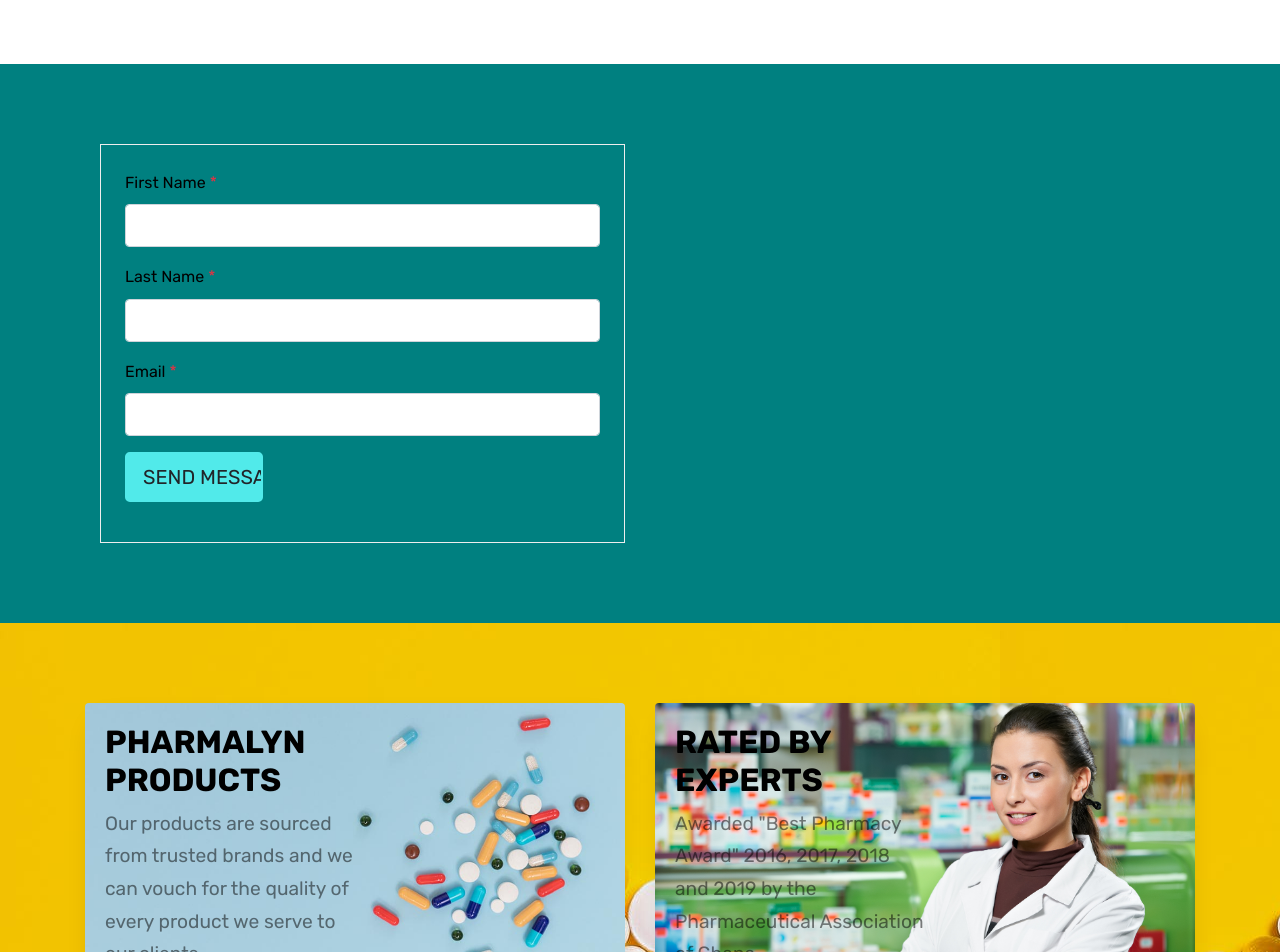
Repository: Nat-A/finalyearproject
Page: pharma/index - Copy.html
An editor plug-in stored every save of this project. The page is shown before and after the next save, followed by the edit.
The browser window is 1280 px wide. The pictures show the part of the page from y = 944 to 1896 px (the page is 2999 px tall).

Above is the page before, as saved 2020-06-03 13:41:57.

### pharma/index - Copy.html
<!DOCTYPE html>
<html lang="en">

<head>
    <title>PharmaLyn &mdash; HomePage</title>
    <meta charset="utf-8">
    <meta name="viewport" content="width=device-width, initial-scale=1, shrink-to-fit=no">

    <link href="https://fonts.googleapis.com/css?family=Rubik:400,700|Crimson+Text:400,400i" rel="stylesheet">
    <link rel="stylesheet" href="fonts/icomoon/style.css">

    <link rel="stylesheet" href="css/bootstrap.min.css">
    <link rel="stylesheet" href="css/magnific-popup.css">
    <link rel="stylesheet" href="css/jquery-ui.css">
    <link rel="stylesheet" href="css/owl.carousel.min.css">
    <link rel="stylesheet" href="css/owl.theme.default.min.css">


    <link rel="stylesheet" href="css/aos.css">

    <link rel="stylesheet" href="css/style.css">

</head>

<body>

    <div class="site-wrap">

        <!-- navbar  -->
        <div class="site-navbar py-2">

            <div class="search-wrap">
                <div class="container">
                    <a href="#" class="search-close js-search-close"><span class="icon-close2"></span></a>
                    <!-- search feature -->
                    <form action="#" method="post">
                        <input type="text" class="form-control" placeholder="Search drug...">
                    </form>
                </div>
            </div>

            <div class="container">
                <div class="d-flex align-items-center justify-content-between">
                    <div class="logo">
                        <div class="site-logo">
                            <a href="index.html" class="js-logo-clone">PharmaLyn</a>
                        </div>
                    </div>
                    <div class="main-nav d-none d-lg-block">
                        <nav class="site-navigation text-right text-md-center" role="navigation">
                            <ul class="site-menu js-clone-nav d-none d-lg-block">
                                <li class="active"><a href="index.html">Home</a></li>

                                <li class="has-children">
                                    <a href="#">Services</a>
                                    <ul class="dropdown">
                                        <li><a href="shop.html">Store</a></li>
                                        <li><a href="#">Scan Prescription</a></li>
                                        <li><a href="#">Request Video Chat</a></li>
                                    </ul>
                                </li>
                                <li><a href="contact.html">Contact</a></li>
                                <li><a href="about.html">About</a></li>
                                <li><a href="#">Log In / Sign Up  </a></li>
                                <!-- insert modal here -->
                            </ul>
                        </nav>
                    </div>
                    <div class="icons">
                        <a href="#" class="icons-btn d-inline-block js-search-open"><span class="icon-search"></span></a>
                        <a href="cart.html" class="icons-btn d-inline-block bag">
                            <span class="icon-shopping-bag"></span>
                            <!-- subject to the items in the cart -->
                            <span class="number">2</span>
                        </a>
                        <a href="#" class="site-menu-toggle js-menu-toggle ml-3 d-inline-block d-lg-none"><span
                class="icon-menu"></span></a>
                    </div>
                </div>
            </div>
        </div>
        <!-- end of navbar -->


        <!-- site banner -->
        <div class="site-blocks-cover" style="background-image: url('images/pills.jpg');">
            <div class="container">
                <div class="row">
                    <div class="col-lg-7 mx-auto order-lg-2 align-self-center">
                        <div class="site-block-cover-content text-center">
                            <h2 class="sub-title">PharmaLyn, We Care For You</h2>
                            <h1>Welcome To PharmaLyn</h1>
                            <p>
                                <a href="shop.html" class="btn btn-primary px-5 py-3">Shop Now</a>
                            </p>
                        </div>
                    </div>
                </div>
            </div>
        </div>
        <!-- end of banner -->

        <div class="site-section mb-0">
            <div class="container">
                <div class="row align-items-stretch section-overlap">
                    <div class="col-md-6 col-lg-4 mb-4 mb-lg-0">
                        <div class="banner-wrap bg-primary h-100">
                            <a class="h-100">
                                <h5 class="text-center">Place Order</h5>
                            </a>
                        </div>
                    </div>
                    <div class="col-md-6 col-lg-4 mb-4 mb-lg-0">
                        <div class="banner-wrap h-100">
                            <a class="h-100">
                                <h5 class="text-center">Select Payment Option</h5>
                                <img src="images/payment.png" alt="" width="70px" height="50px">
                            </a>
                        </div>
                    </div>
                    <div class="col-md-6 col-lg-4 mb-4 mb-lg-0">
                        <div class="banner-wrap bg-warning h-100">
                            <a class="h-100">
                                <h5 class="text-center">Free Delivery</h5>
                                <img src="images/delivery.gif" alt="" width="70px" height="50px">
                            </a>
                        </div>
                    </div>
                </div>
            </div>
        </div>
        <!-- creating another one -->



        <div class="site-section" style="background: teal;">
            <div class="container">
                <div class="col-md-6">

                    <form action="#" method="post">

                        <div class="p-3 p-lg-4 border">
                            <div class="form-group row">
                                <div class="col-md-12">
                                    <label for="c_fname" class="text-black">First Name <span class="text-danger">*</span></label>
                                    <input type="text" class="form-control" id="c_fname" name="c_fname">
                                </div>
                            </div>
                            <div class="form-group row">
                                <div class="col-md-12">
                                    <label for="c_lname" class="text-black">Last Name <span class="text-danger">*</span></label>
                                    <input type="text" class="form-control" id="c_lname" name="c_lname">
                                </div>
                            </div>
                            <div class="form-group row">
                                <div class="col-md-12">
                                    <label for="c_email" class="text-black">Email <span class="text-danger">*</span></label>
                                    <input type="email" class="form-control" id="c_email" name="c_email" placeholder="">
                                </div>
                            </div>

                            <div class="form-group row">
                                <div class="col-lg-4">
                                    <input type="submit" class="btn btn-primary btn-lg btn-block" value="Send Message">
                                </div>
                            </div>
                        </div>
                    </form>
                </div>







            </div>
        </div>


        <!-- site ad -->
        <div class="site-section" style="background-image: url( 'images/bg.jpeg'); ">
            <div class="container ">
                <div class="row align-items-stretch ">
                    <div class="col-lg-6 mb-5 mb-lg-0 ">
                        <a class="banner-1 h-100 d-flex " style="background-image: url( 'images/bg_1.jpg'); ">
                            <div class="banner-1-inner align-self-center ">
                                <h2>PharmaLyn Products</h2>
                                <p>Our products are sourced from trusted brands and we can vouch for the quality of every product we serve to our clients.
                                </p>
                            </div>
                        </a>
                    </div>
                    <div class="col-lg-6 mb-5 mb-lg-0 ">
                        <a class="banner-1 h-100 d-flex " style="background-image: url( 'images/avatars/doctor4.jpg'); ">
                            <div class="banner-1-inner align-self-center ">
                                <h2>Rated by Experts</h2>
                                <p>Awarded "Best Pharmacy Award" 2016, 2017, 2018 and 2019 by the Pharmaceutical Association of Ghana
                                </p>
                            </div>
                        </a>
                    </div>
                </div>
            </div>
        </div>
        <!-- end of ad -->




        <!-- original site ad -->
        <div class="site-section bg-secondary bg-image " style="background-image: url( 'images/bg_2.jpg'); ">
            <div class="container ">
                <div class="row align-items-stretch ">
                    <div class="col-lg-6 mb-5 mb-lg-0 ">
                        <a class="banner-1 h-100 d-flex " style="background-image: url( 'images/bg_1.jpg'); ">
                            <div class="banner-1-inner align-self-center ">
                                <h2>PharmaLyn Products</h2>
                                <p>Our products are sourced from trusted brands and we can vouch for the quality of every product we serve to our clients.
                                </p>
                            </div>
                        </a>
                    </div>
                    <div class="col-lg-6 mb-5 mb-lg-0 ">
                        <a class="banner-1 h-100 d-flex " style="background-image: url( 'images/avatars/doctor4.jpg'); ">
                            <div class="banner-1-inner align-self-center ">
                                <h2>Rated by Experts</h2>
                                <p>Awarded "Best Pharmacy Award" 2016, 2017, 2018 and 2019 by the Pharmaceutical Association of Ghana
                                </p>
                            </div>
                        </a>
                    </div>
                </div>
            </div>
        </div>
        <!-- end of ad -->

        <!-- footer -->
        <footer class="site-footer ">
            <div class="container ">
                <div class="row ">
                    <div class="col-md-6 col-lg-3 mb-4 mb-lg-0 ">

                        <div class="block-7 ">
                            <h3 class="footer-heading mb-4 ">About Us</h3>
                            <p>Best Pharmacy In Ghana</p>
                        </div>

                    </div>
                    <div class="col-lg-3 mx-auto mb-5 mb-lg-0 ">
                        <h3 class="footer-heading mb-4 ">Quick Links</h3>
                        <ul class="list-unstyled ">
                            <li><a href="shop.html ">Store</a></li>
                            <li><a href="# ">Scan Prescription</a></li>
                            <li><a href="# ">Request Video Chat</a></li>
                        </ul>
                    </div>

                    <div class="col-md-6 col-lg-3 ">
                        <div class="block-5 mb-5 ">
                            <h3 class="footer-heading mb-4 ">Contact Info</h3>
                            <ul class="list-unstyled ">
                                <li class="address ">233 Avenue, Oxford Street, Osu, Accra. </li>
                                <li class="phone "><a href="tel:// ">+233 24 444 444</a></li>
                                <li class="email ">info@pharmalyn.shop</li>
                            </ul>
                        </div>
                    </div>
                </div>
                <div class="row pt-5 text-center ">
                    <div class="col-md-12 ">
                        <p>
                            Copyright &copy;
                            <script>
                                document.write(new Date().getFullYear());
                            </script> All rights reserved | PharmaLyn
                        </p>
                    </div>
                </div>
            </div>
        </footer>
        <!-- end of footer -->
    </div>

    <script src="js/jquery-3.3.1.min.js "></script>
    <script src="js/jquery-ui.js "></script>
    <script src="js/popper.min.js "></script>
    <script src="js/bootstrap.min.js "></script>
    <script src="js/owl.carousel.min.js "></script>
    <script src="js/jquery.magnific-popup.min.js "></script>
    <script src="js/aos.js "></script>

    <script src="js/main.js "></script>

</body>

</html>

Loaded but not shown: pharma/fonts/icomoon/style.css (common file); pharma/css/bootstrap.min.css (library); pharma/css/magnific-popup.css (library); pharma/css/jquery-ui.css (library); pharma/css/owl.carousel.min.css (common file); pharma/css/owl.theme.default.min.css (common file); pharma/css/aos.css (library); pharma/js/jquery-3.3.1.min.js (library); pharma/js/jquery-ui.js (library); pharma/js/popper.min.js (library); pharma/js/bootstrap.min.js (library); pharma/js/owl.carousel.min.js (library); pharma/js/jquery.magnific-popup.min.js (library); pharma/js/aos.js (library); pharma/js/main.js (219 lines, source omitted); pharma/css/style.css (1125 lines, source omitted)

After the next save:
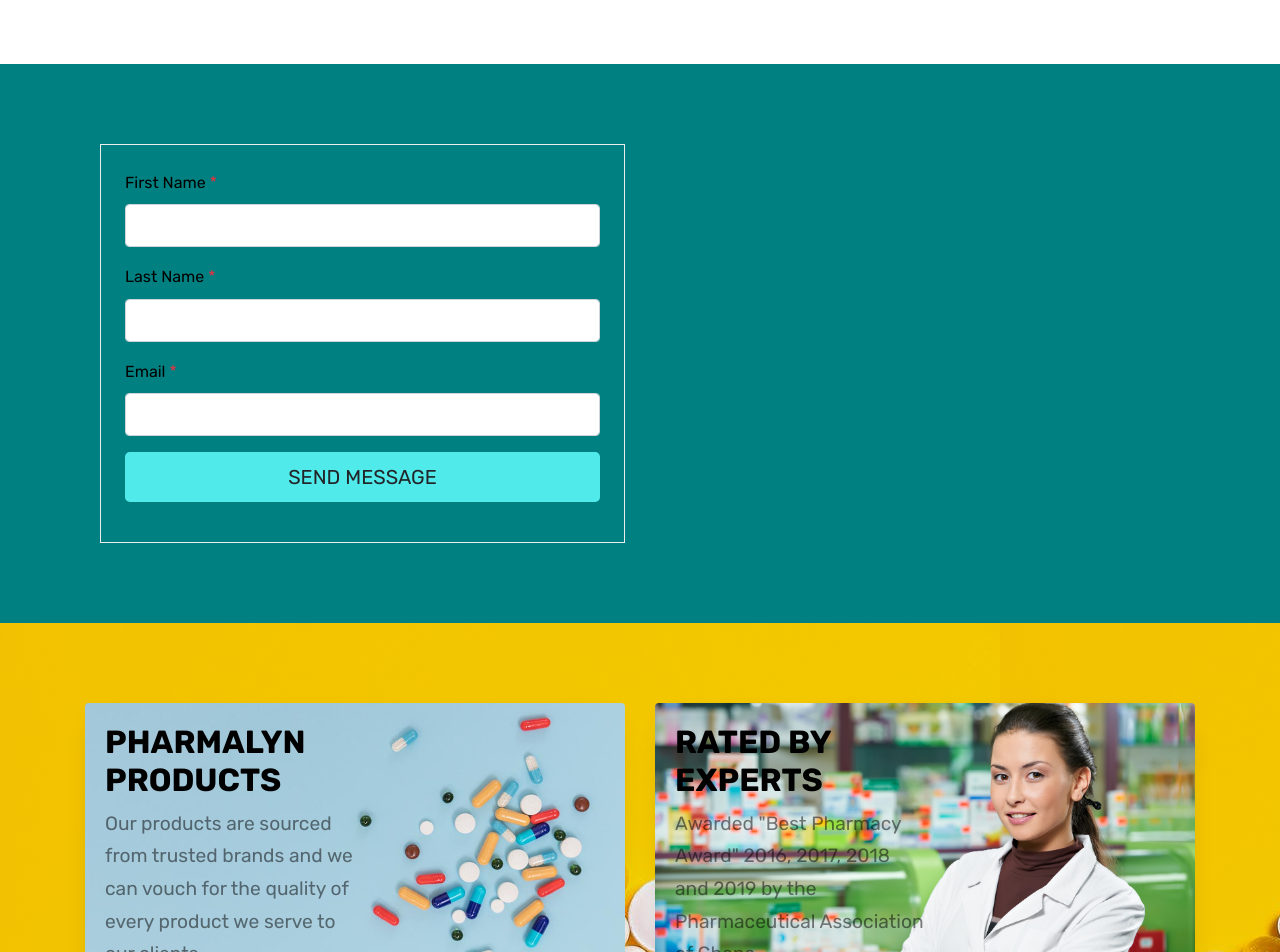
Saved 4 s later.
--- a/pharma/index - Copy.html
+++ b/pharma/index - Copy.html
@@ -160,7 +160,7 @@
                             </div>
 
                             <div class="form-group row">
-                                <div class="col-lg-4">
+                                <div class="col-lg-12">
                                     <input type="submit" class="btn btn-primary btn-lg btn-block" value="Send Message">
                                 </div>
                             </div>
